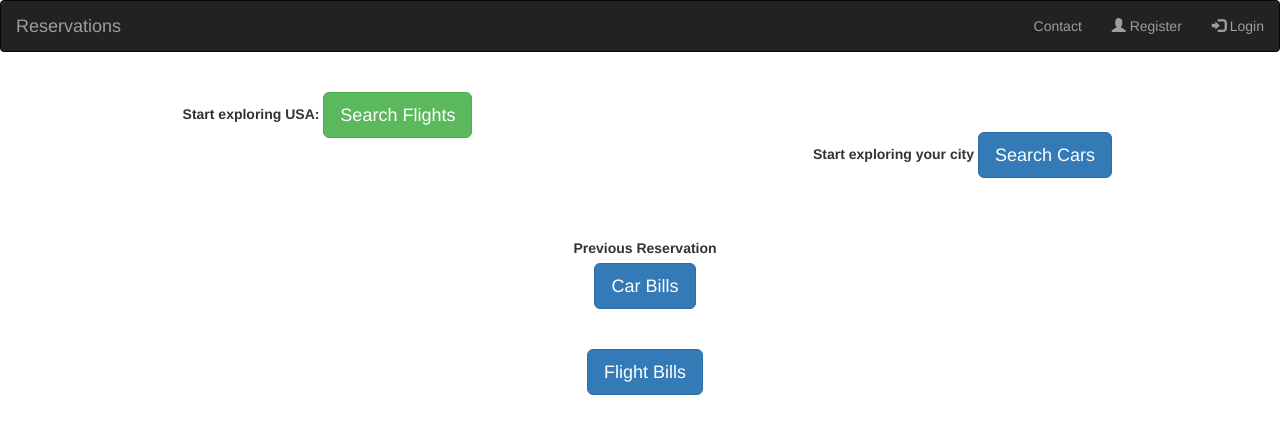
Repository: svnsiva/final-project
Page: http://localhost/flights-car-reservation/WEB-INF/pages/account.jsp
These files come from the project's save history. The page is drawn as it stood at one moment and after the next save; the edit follows.
The browser window is 1280 px wide. The pictures show the whole page.
Some web libraries are served in a nearby version. The page is served by Tomcat 9. Nobody is signed in. The template is opened directly, without the code that normally fills it, so the values that code supplies are empty.

Above is the page before, as saved 2017-08-06 00:18:32.

After the next save:
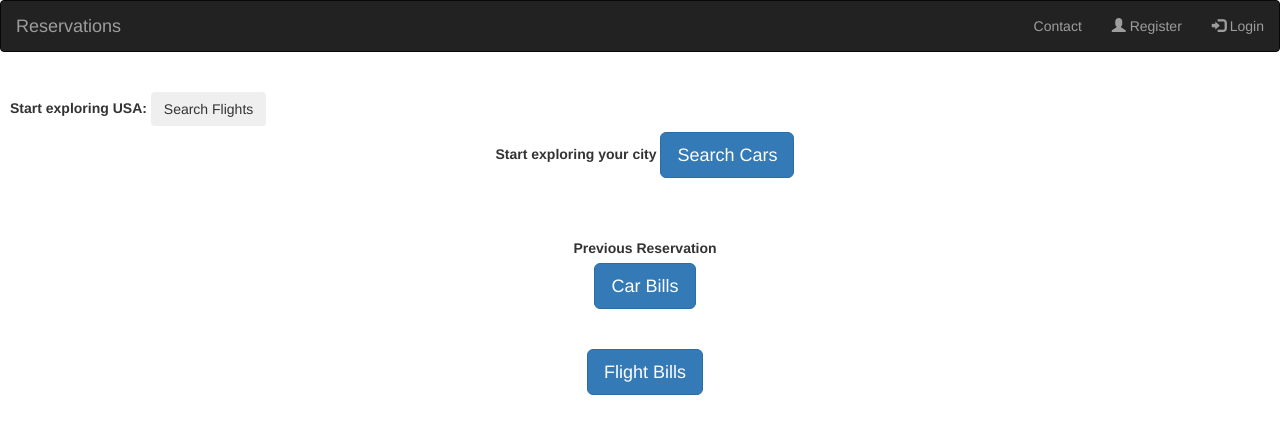
Saved 9 s later.
--- a/flights-car-reservation/src/main/webapp/WEB-INF/pages/account.jsp
+++ b/flights-car-reservation/src/main/webapp/WEB-INF/pages/account.jsp
@@ -51,22 +51,23 @@ float:left;
       <div style="float:left; width:50%;">
 
     <form class="form" action="${pageContext.request.contextPath}/search" method="get">
-
+   <div class="cen">
     <label for="name">Start exploring USA:</label>
 
-	<button type="submit" class="btn btn-success btn-lg">Search Flights</button>
-
+	<button type="submit" class="btn btn-succesbtn-lg">Search Flights</button>
+	</div>
 	</form>
 	</div>
 
    <br><br>
    <form class="form" action="${pageContext.request.contextPath}/cars" method="get">
-
+	<div>
     <label for="name">Start exploring your city</label>
 	<button type="submit" class="btn btn-primary btn-lg">Search Cars</button>
 	</div></form>
 	<br><br><br>
-    </div>
+    <div>
+
     <label for="name">Previous Reservation</label>
     <form class="form-horizontal" action="${pageContext.request.contextPath}/carbills" method="get">
 
